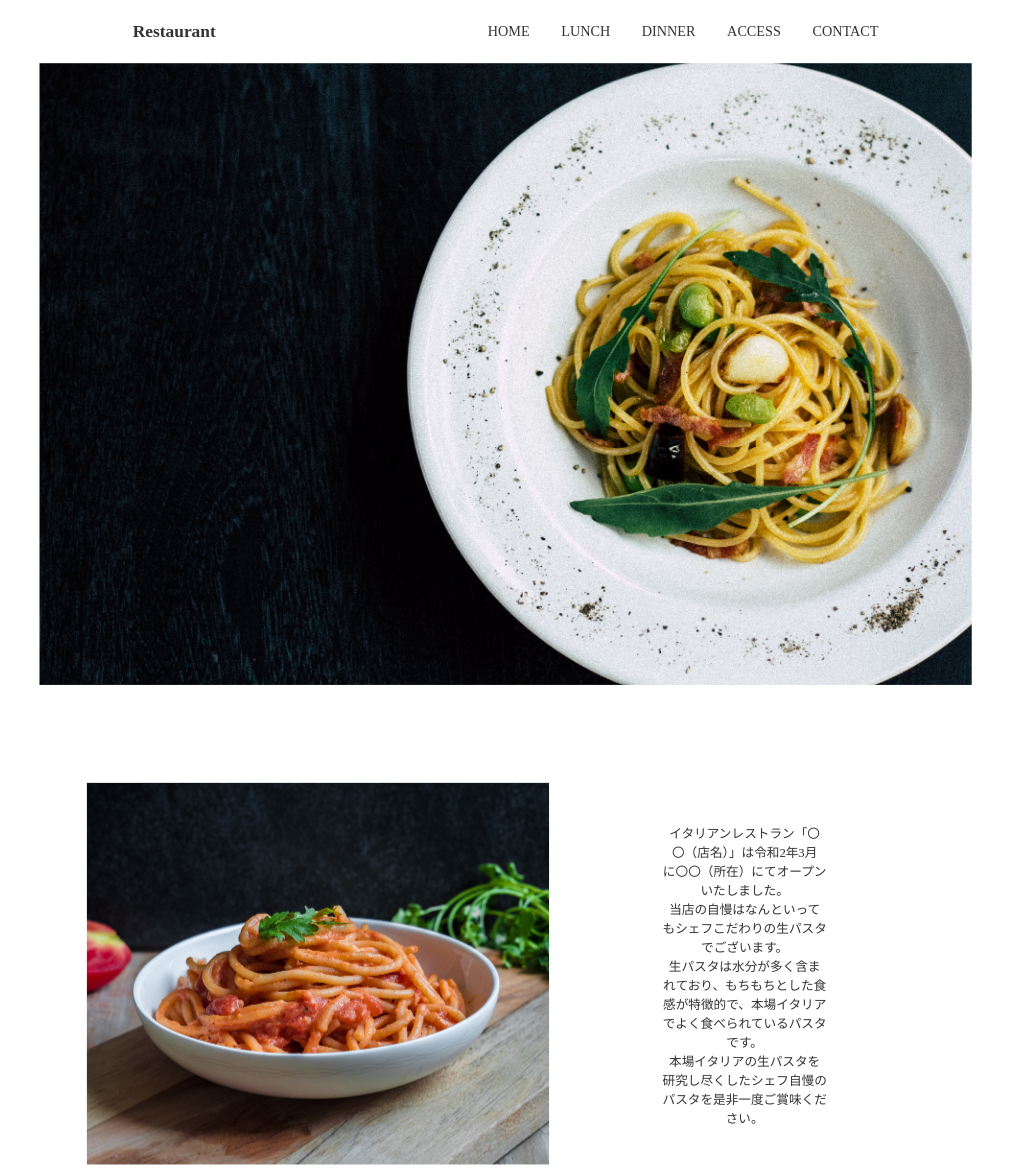
Repository: konatsu-0806/demo-site
Page: FromFigma/index.html
These files come from the project's save history. The page is drawn as it stood at one moment and after a run of saves; the edit follows.
The browser window is 1280 px wide. The pictures show the whole page, at 79% of full size.

Above is the page before, as saved 2023-02-08 17:14:16.

After the next 2 saves:
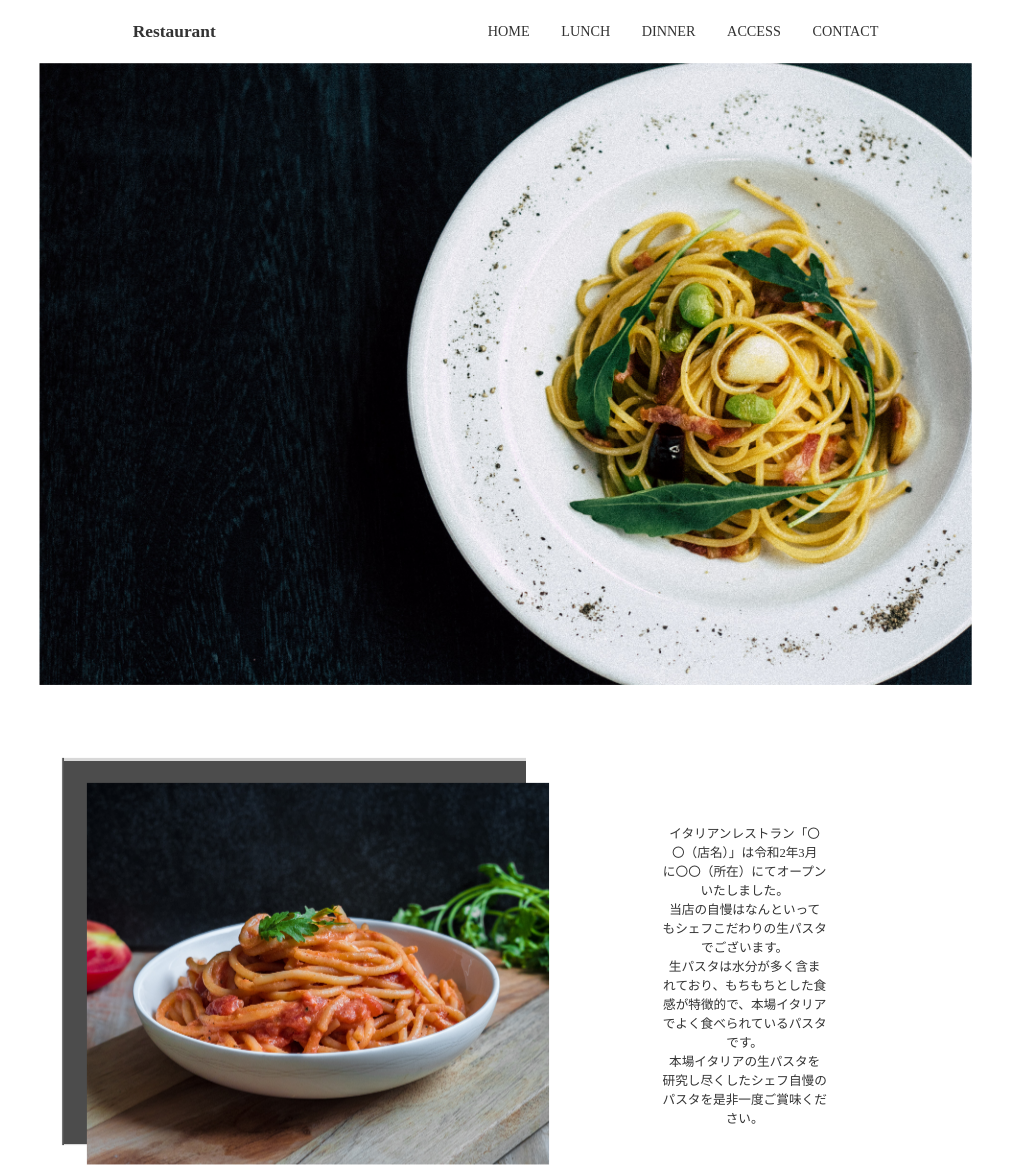
The 2 saves are shown as one change because they came seconds apart.
The last was saved 6 s later.
--- a/FromFigma/css/style.css
+++ b/FromFigma/css/style.css
@@ -132,7 +132,7 @@ img {
 .intro_img {
     width: 55%;
     margin: auto;
-    box-shadow: -30px -30px 1px 1px rgba(0, 0, 0, alpha);
+    box-shadow: -30px -30px 1px 1px rgba(0, 0, 0, 0.7);
 }
 .intro_sentence {
     width: 45%;
